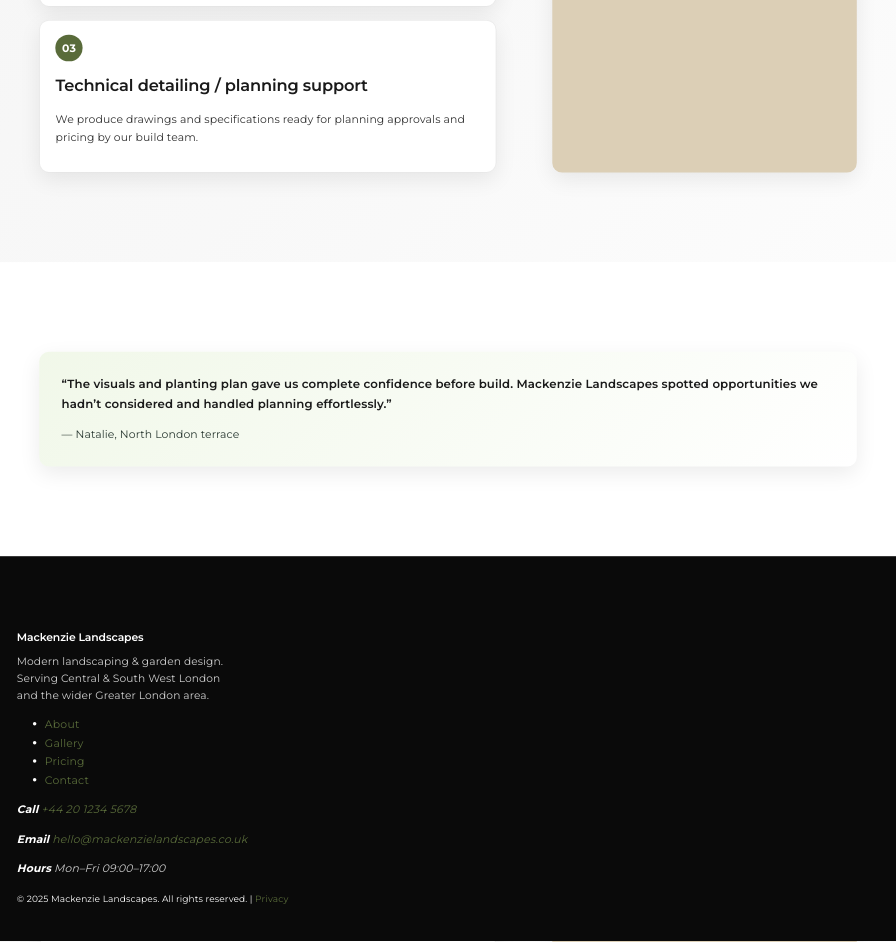
Repository: JoelMann1/MackenzieLandscapes
Page: concept-and-design.html
These files come from the project's save history. The page is drawn as it stood at one moment and after the next save; the edit follows.
The browser window is 1280 px wide. The pictures show the part of the page from y = 2101 to 4021 px (the page is 3446 px tall before and 4021 px after), at 70% of full size.

Above is the page before, as saved 2025-10-22 17:19:12.

### concept-and-design.html
<!doctype html>
<html lang="en-GB">
<head>
  <meta charset="utf-8" />
  <meta name="viewport" content="width=device-width, initial-scale=1" />
  <title>Concept &amp; Design &mdash; Mackenzie Landscapes</title>
  <meta name="description" content="Step-by-step garden design support: concepts, planting plans, and visualisations to shape your outdoor space.">
  <meta name="theme-color" content="#1B8A64">
  <link rel="icon" href="assets/img/favicon.svg" type="image/svg+xml">
  <link rel="stylesheet" href="assets/css/styles.css">
  <meta property="og:title" content="Concept &amp; Design &mdash; Mackenzie Landscapes">
  <meta property="og:description" content="Work with Mackenzie Landscapes to plan layouts, planting schemes, and lighting before build begins.">
  <meta property="og:type" content="website">
  <meta property="og:image" content="assets/img/IMG-5294-1024x768.jpg">
  <meta property="og:locale" content="en_GB">
</head>
<body>
<a class="skip-link" href="#content">Skip to content</a>
<header class="site-header" data-header>
  <div class="nav-inner">
    <a class="logo" href="index.html" aria-label="Mackenzie Landscapes home">
      <svg aria-hidden="true" viewBox="0 0 64 64"><use href="assets/img/favicon.svg#leaf"/></svg>
      <span class="visually-hidden">Mackenzie Landscapes</span>
    </a>
    <nav class="primary-nav" aria-label="Primary">
      <ul class="menu" role="menubar">
        <li class="menu-item"><a role="menuitem" href="index.html">Home</a></li>
        <li class="menu-item"><a role="menuitem" href="about.html">About</a></li>
        <li class="menu-item has-panel" data-menu="services">
          <button class="menu-trigger" type="button" aria-expanded="false" aria-controls="panel-services" role="menuitem">
            Services
          </button>
          <div id="panel-services" class="menu-panel" role="menu" hidden>
            <div class="panel-col" role="none">
              <span class="panel-heading">Design &amp; Planning</span>
              <a role="menuitem" href="concept-and-design.html">Concept &amp; Design</a>
              <a role="menuitem" href="softscaping.html">Softscaping</a>
            </div>
            <div class="panel-col" role="none">
              <span class="panel-heading">Build &amp; Care</span>
              <a role="menuitem" href="hardscaping.html">Hardscaping</a>
              <a role="menuitem" href="tree-care.html">Tree Care</a>
              <a role="menuitem" href="commercial.html">Commercial</a>
              <a role="menuitem" href="maintenance.html">Maintenance</a>
            </div>
          </div>
        </li>
        <li class="menu-item has-panel" data-menu="projects">
          <button class="menu-trigger" type="button" aria-expanded="false" aria-controls="panel-projects" role="menuitem">
            Projects
          </button>
          <div id="panel-projects" class="menu-panel" role="menu" hidden>
            <div class="panel-col" role="none">
              <span class="panel-heading">Featured</span>
              <a role="menuitem" href="gallery.html">Gallery Overview</a>
              <a role="menuitem" href="gallery.html#lighting">Lighting &amp; ambience</a>
            </div>
            <div class="panel-col" role="none">
              <span class="panel-heading">Details</span>
              <a role="menuitem" href="gallery.html#hardscape">Hardscape detailing</a>
              <a role="menuitem" href="gallery.html#planting">Planting inspiration</a>
            </div>
          </div>
        </li>
        <li class="menu-item"><a role="menuitem" href="pricing.html">Pricing</a></li>
      </ul>
    </nav>
    <div class="nav-cta">
      <a class="cta" href="contact.html">Contact Us</a>
      <a class="phone" href="tel:+442012345678">+44 20 1234 5678</a>
    </div>
    <button class="mobile-menu-toggle" type="button" aria-label="Toggle mobile menu" aria-expanded="false" aria-controls="mobile-menu">
      <span class="hamburger-line"></span>
      <span class="hamburger-line"></span>
      <span class="hamburger-line"></span>
    </button>
  </div>
</header>

<!-- Mobile Menu Overlay -->
<div class="mobile-menu" id="mobile-menu" aria-hidden="true">
  <div class="mobile-menu__inner">
    <nav class="mobile-nav" aria-label="Mobile navigation">
      <ul class="mobile-menu__list">
        <li class="mobile-menu__item">
          <a href="index.html" class="mobile-menu__link">Home</a>
        </li>
        <li class="mobile-menu__item">
          <a href="about.html" class="mobile-menu__link">About</a>
        </li>
        <li class="mobile-menu__item mobile-menu__item--has-submenu">
          <button class="mobile-menu__link mobile-submenu-toggle" type="button" aria-expanded="false">
            Services
            <svg class="submenu-arrow" width="12" height="12" viewBox="0 0 12 12" fill="none">
              <path d="M2 4L6 8L10 4" stroke="currentColor" stroke-width="2" stroke-linecap="round"/>
            </svg>
          </button>
          <ul class="mobile-submenu">
            <li><a href="concept-and-design.html">Concept &amp; Design</a></li>
            <li><a href="softscaping.html">Softscaping</a></li>
            <li><a href="hardscaping.html">Hardscaping</a></li>
            <li><a href="tree-care.html">Tree Care</a></li>
            <li><a href="commercial.html">Commercial</a></li>
            <li><a href="maintenance.html">Maintenance</a></li>
          </ul>
        </li>
        <li class="mobile-menu__item mobile-menu__item--has-submenu">
          <button class="mobile-menu__link mobile-submenu-toggle" type="button" aria-expanded="false">
            Projects
            <svg class="submenu-arrow" width="12" height="12" viewBox="0 0 12 12" fill="none">
              <path d="M2 4L6 8L10 4" stroke="currentColor" stroke-width="2" stroke-linecap="round"/>
            </svg>
          </button>
          <ul class="mobile-submenu">
            <li><a href="gallery.html">Gallery Overview</a></li>
            <li><a href="gallery.html#residential">Residential Gardens</a></li>
            <li><a href="gallery.html#lighting">Lighting Schemes</a></li>
            <li><a href="gallery.html#hardscape">Hardscape Detailing</a></li>
          </ul>
        </li>
        <li class="mobile-menu__item">
          <a href="pricing.html" class="mobile-menu__link">Pricing</a>
        </li>
      </ul>
      <div class="mobile-menu__cta">
        <a class="mobile-cta-btn" href="contact.html">Contact Us</a>
        <a class="mobile-phone" href="tel:+442012345678">+44 20 1234 5678</a>
      </div>
    </nav>
  </div>
</div>
<main id="content">

<section class="service-hero">
  <div class="container">
    <div class="split">
      <div class="service-hero__intro">
        <p class="eyebrow">Signature service</p>
        <h1>Concept &amp; Design</h1>
        <p>Step-by-step planning so everything is clear before a single spade hits the ground.</p>
        <ul class="service-meta">
          <li>Scaled layout drawings</li>
          <li>Planting palettes</li>
          <li>Lighting &amp; material schedules</li>
          <li>Optional 3D visuals</li>
        </ul>
      </div>
      <div class="service-hero__media">
        <img src="assets/img/IMG-5294-1024x768.jpg" alt="Garden design sketches and material samples laid out on a table">
      </div>
    </div>
    <nav class="service-nav" aria-label="Service navigation">
      <ul>
        <li><a href="concept-and-design.html" aria-current="page">Concept &amp; Design</a></li>
        <li><a href="softscaping.html">Softscaping</a></li>
        <li><a href="hardscaping.html">Hardscaping</a></li>
        <li><a href="tree-care.html">Tree Care</a></li>
        <li><a href="commercial.html">Commercial</a></li>
        <li><a href="maintenance.html">Maintenance</a></li>
      </ul>
    </nav>
  </div>
</section><div id="header-sentinel" aria-hidden="true"></div>

<section class="section">
  <div class="container">
    <h2>What&rsquo;s included</h2>
    <div class="service-grid">
      <article class="card">
        <img src="assets/img/IMG-4079-768x1024.jpg" alt="Designer refining landscape layout drawings">
        <div class="card-body">
          <h3>Concept plans</h3>
          <p>Scaled layout drawings that map zones, circulation, and key features so every element has a purpose.</p>
        </div>
      </article>
      <article class="card">
        <img src="assets/img/IMG-0066-630x840.jpg" alt="Planting palette with evergreen specimens">
        <div class="card-body">
          <h3>Planting design</h3>
          <p>Layered planting palettes with seasonal interest, colour stories, and maintenance notes tailored to your microclimate.</p>
        </div>
      </article>
      <article class="card">
        <img src="assets/img/IMG-2491-300x225@2x.jpg" alt="3D visualisation of a contemporary courtyard garden">
        <div class="card-body">
          <h3>3D visualisations</h3>
          <p>Optional 3D renders and mood boards to help you visualise materials, lighting, and the overall atmosphere.</p>
        </div>
      </article>
    </div>
  </div>
</section>

<section class="section alt">
  <div class="container split">
    <div>
      <h2>Our design process</h2>
      <ul class="step-list">
        <li class="step">
          <span class="step-number">01</span>
          <h3>Discovery workshop</h3>
          <p>We gather inspiration, measure the site, and clarify how you want to use the space day-to-day.</p>
        </li>
        <li class="step">
          <span class="step-number">02</span>
          <h3>Concept development</h3>
          <p>Layouts, mood boards, and planting directions are refined in collaboration with you until they feel just right.</p>
        </li>
        <li class="step">
          <span class="step-number">03</span>
          <h3>Technical detailing / planning support</h3>
          <p>We produce drawings and specifications ready for planning approvals and pricing by our build team.</p>
        </li>
      </ul>
    </div>
    <div class="callout">
      <h3>Already have architects drawings?</h3>
      <p>We can plug into your design team to deliver planting, lighting, and furnishing packages that complement existing plans.</p>
      <a class="btn btn--secondary" href="contact.html"><span data-alt="Share your brief">Share your brief</span></a>
    </div>
  </div>
</section>

<section class="section">
  <div class="container testimonial" data-reveal>
    <blockquote>&ldquo;The visuals and planting plan gave us complete confidence before build. Mackenzie Landscapes spotted opportunities we hadn&rsquo;t considered and handled planning effortlessly.&rdquo;</blockquote>
    <cite>&mdash; Natalie, North London terrace</cite>
  </div>
</section>

</main>
<footer class="site-footer">
  <div class="container footer-grid" data-reveal>
    <div class="footer-brand">
      <h4>Mackenzie Landscapes</h4>
      <p>Modern landscaping &amp; garden design. Serving Central &amp; South West London and the wider Greater London area.</p>
    </div>
    <nav aria-label="Footer">
      <ul class="foot-links">
        <li><a href="about.html">About</a></li>
        <li><a href="gallery.html">Gallery</a></li>
        <li><a href="pricing.html">Pricing</a></li>
        <li><a href="contact.html">Contact</a></li>
      </ul>
    </nav>
    <address>
      <p><strong>Call</strong> <a href="tel:+442012345678">+44 20 1234 5678</a></p>
      <p><strong>Email</strong> <a href="mailto:hello@mackenzielandscapes.co.uk">hello@mackenzielandscapes.co.uk</a></p>
      <p><strong>Hours</strong> Mon&ndash;Fri 09:00&ndash;17:00</p>
    </address>
  </div>
  <div class="container fine">
    <small>&copy; <span id="year"></span> Mackenzie Landscapes. All rights reserved. | <a href="#">Privacy</a></small>
  </div>
</footer>
<script src="assets/js/main.js"></script>
</body>
</html>

Loaded but not shown: assets/js/main.js (486 lines, source omitted); assets/css/styles.css (3261 lines, source omitted)

After the next save:
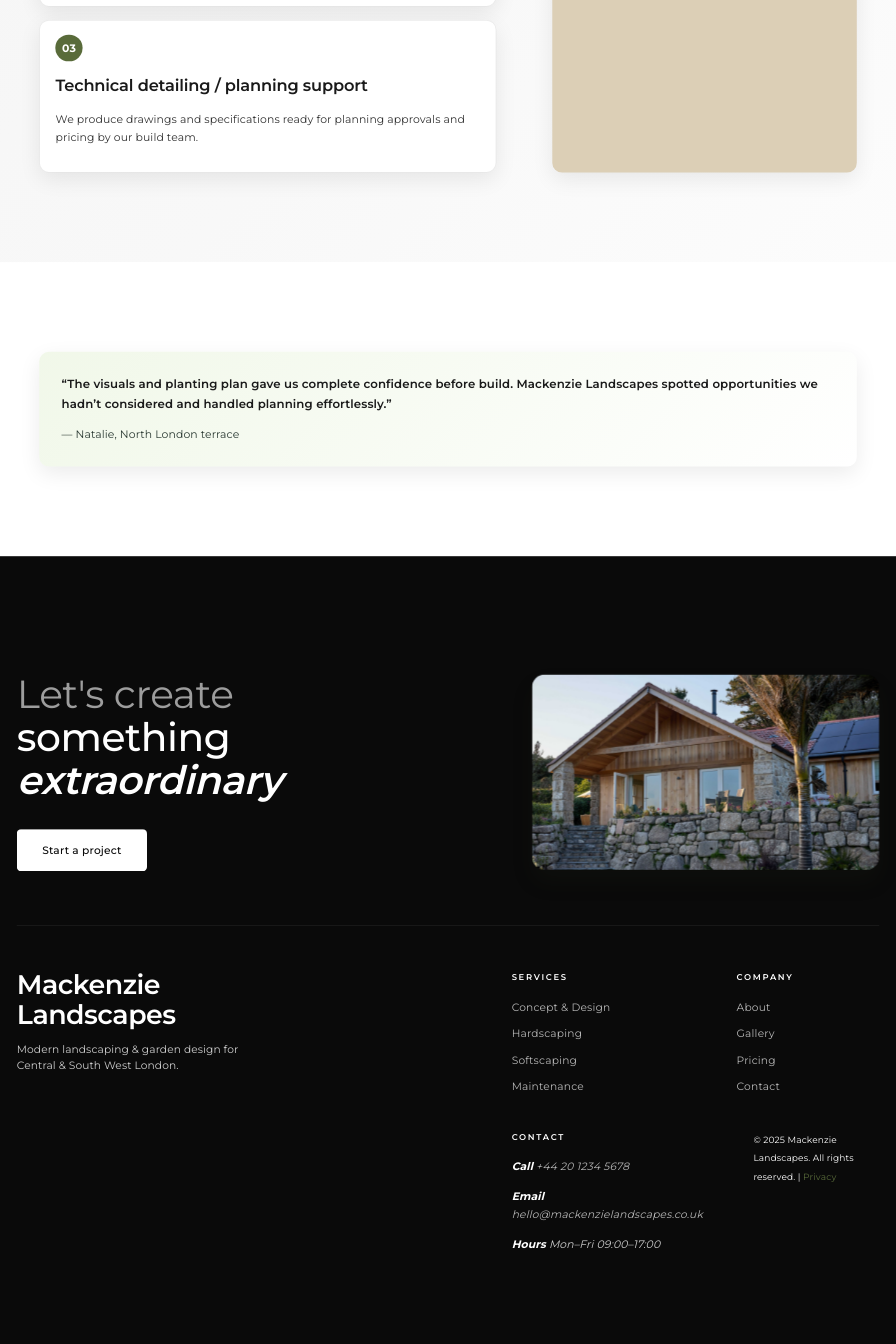
Saved 34 s later.
--- a/concept-and-design.html
+++ b/concept-and-design.html
@@ -230,21 +230,53 @@
 
 </main>
 <footer class="site-footer">
-  <div class="container footer-grid" data-reveal>
-    <div class="footer-brand">
-      <h4>Mackenzie Landscapes</h4>
-      <p>Modern landscaping &amp; garden design. Serving Central &amp; South West London and the wider Greater London area.</p>
-    </div>
-    <nav aria-label="Footer">
-      <ul class="foot-links">
-        <li><a href="about.html">About</a></li>
-        <li><a href="gallery.html">Gallery</a></li>
-        <li><a href="pricing.html">Pricing</a></li>
-        <li><a href="contact.html">Contact</a></li>
-      </ul>
-    </nav>
-    <address>
-      <p><strong>Call</strong> <a href="tel:+442012345678">+44 20 1234 5678</a></p>
+  <div class="container">
+    <div class="footer-hero footer-hero--with-image">
+      <div class="footer-hero__content">
+        <h2 class="footer-hero__title">
+          <span class="footer-hero__line" data-footer-line>Let's create</span>
+          <span class="footer-hero__line footer-hero__line--large" data-footer-line>something</span>
+          <span class="footer-hero__line footer-hero__line--accent" data-footer-line>extraordinary</span>
+        </h2>
+        <div class="footer-hero__cta" data-footer-fade>
+          <a href="contact.html" class="footer-cta-btn">Start a project</a>
+        </div>
+      </div>
+      <div class="footer-hero__image" data-footer-fade>
+        <img src="assets/img/Racket-Town-Cottage-Tresco-42.jpg" alt="Mackenzie Landscapes project">
+      </div>
+    </div>
+
+    <div class="footer-content">
+      <div class="footer-main">
+        <div class="footer-brand" data-footer-fade>
+          <h3>Mackenzie<br>Landscapes</h3>
+          <p>Modern landscaping &amp; garden design for Central &amp; South West London.</p>
+        </div>
+
+        <nav class="footer-nav" aria-label="Footer navigation" data-footer-fade>
+          <div class="footer-nav__col">
+            <h4>Services</h4>
+            <ul>
+              <li><a href="concept-and-design.html">Concept &amp; Design</a></li>
+              <li><a href="hardscaping.html">Hardscaping</a></li>
+              <li><a href="softscaping.html">Softscaping</a></li>
+              <li><a href="maintenance.html">Maintenance</a></li>
+            </ul>
+          </div>
+          <div class="footer-nav__col">
+            <h4>Company</h4>
+            <ul>
+              <li><a href="about.html">About</a></li>
+              <li><a href="gallery.html">Gallery</a></li>
+              <li><a href="pricing.html">Pricing</a></li>
+              <li><a href="contact.html">Contact</a></li>
+            </ul>
+          </div>
+          <div class="footer-nav__col">
+            <h4>Contact</h4>
+            <address>
+              <p><strong>Call</strong> <a href="tel:+442012345678">+44 20 1234 5678</a></p>
       <p><strong>Email</strong> <a href="mailto:hello@mackenzielandscapes.co.uk">hello@mackenzielandscapes.co.uk</a></p>
       <p><strong>Hours</strong> Mon&ndash;Fri 09:00&ndash;17:00</p>
     </address>
